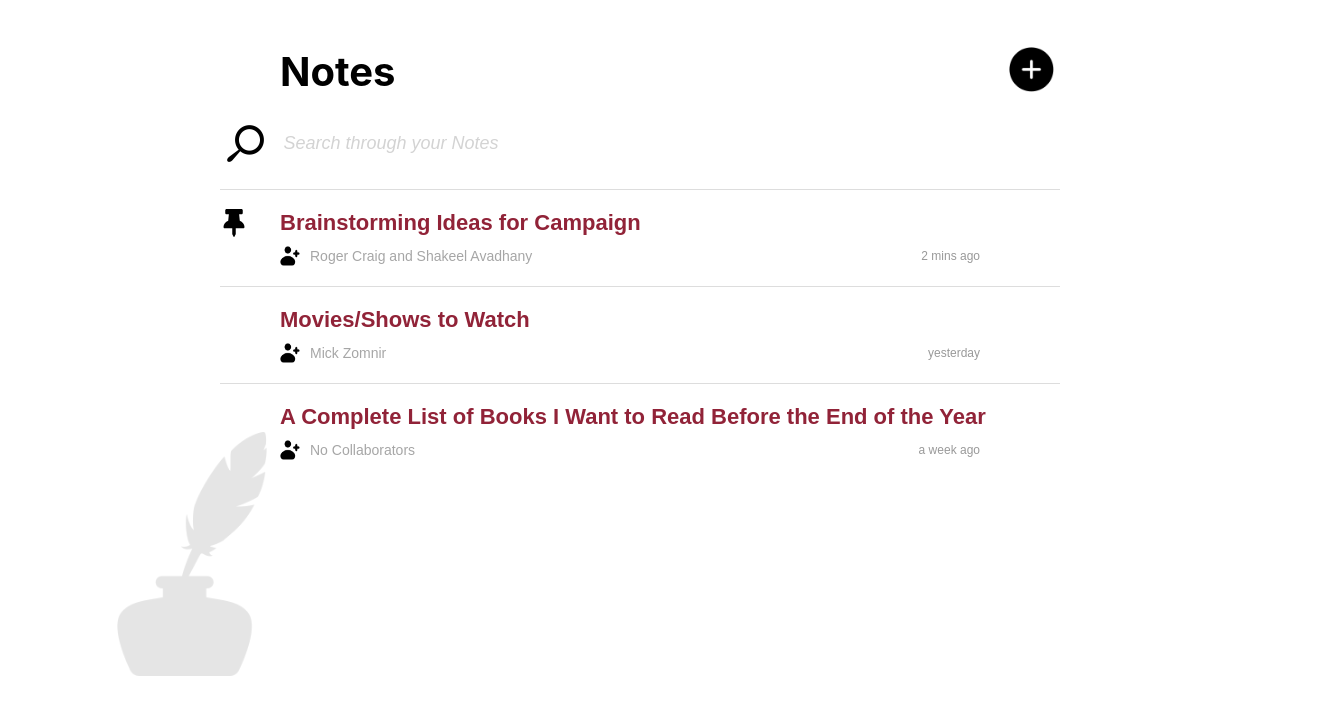
Repository: shabiasaeed/Notes-app
Page: /
An editor plug-in stored every save of this project. The page is shown before and after the next save, followed by the edit.
The browser window is 1280 px wide. The page is 1320 px wide, so the pictures cover 1320 px, including what lies to the right of the window. The pictures show the whole page.
The project was rebuilt for these pictures with package versions that can differ from the ones it lists, and the page was loaded fresh each time.

Above is the page before, as saved 2024-12-31 00:56:57.

After the next save:
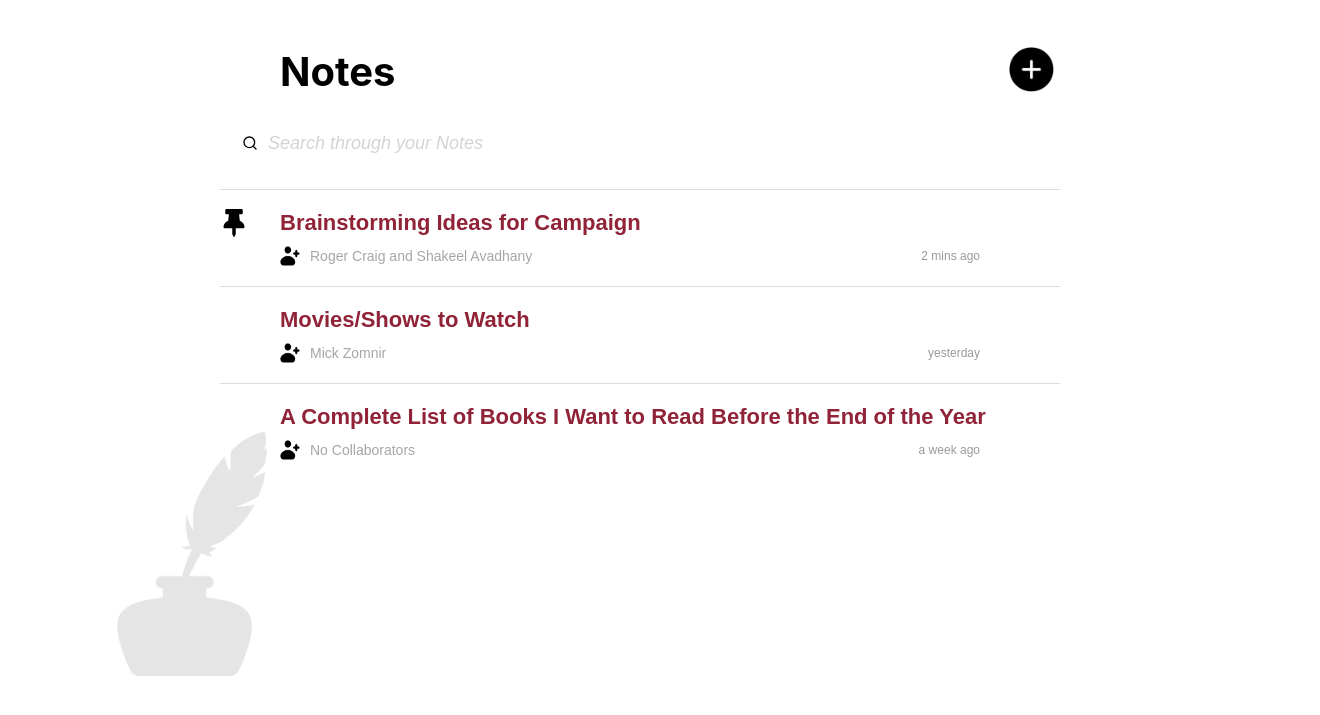
Saved 4 min 26 s later.
--- a/src/components/Header.js
+++ b/src/components/Header.js
@@ -1,7 +1,7 @@
 import React from 'react';
 import './Header.css';
-import searchIcon from '../assets/search-icon.png';
 import addButton from '../assets/add-button.png';
+import { FiSearch } from 'react-icons/fi';
 
 // Component to handle the display of the application's header section
 const Header = ({ setSearchNotes }) => {
@@ -14,7 +14,7 @@ const Header = ({ setSearchNotes }) => {
         </button>
       </div>
       <div className="search-bar">
-        <img src={searchIcon} alt="Search"/>
+        <FiSearch className="search-icon" />
         <input type="text" placeholder="Search through your Notes" className="search-text" onChange={(e) => setSearchNotes(e.target.value)}/>
       </div>
     </header>
